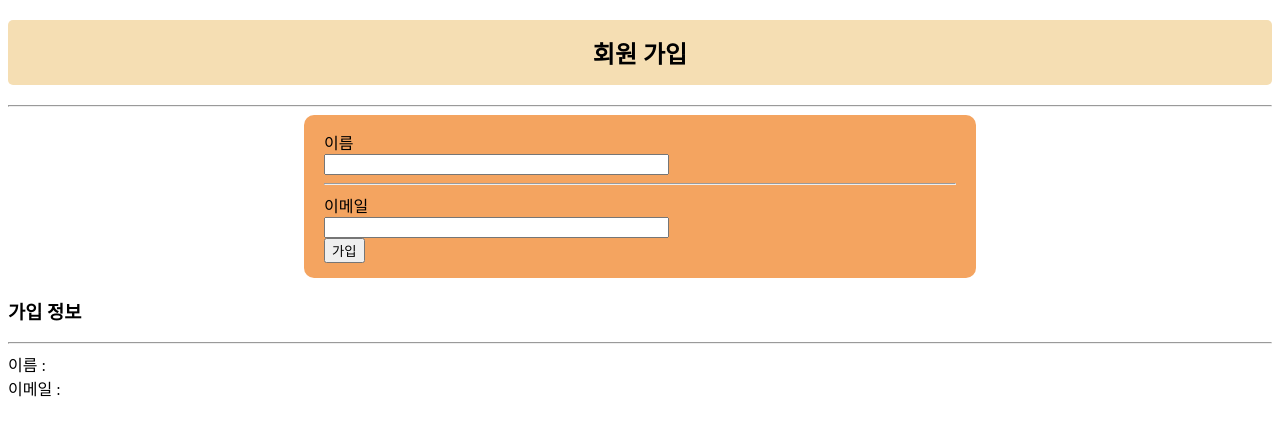
Repository: gold9387/jwbook
Page: jwbook/src/main/webapp/ch03/regform.html
The author's editor kept a copy of each file at every save. The page is drawn from the files as they stood at one save, then again after the next save.
The browser window is 1280 px wide. The pictures show the whole page.

Above is the page before, as saved 2023-06-05 11:41:31.
Console error: TypeError: Cannot read properties of null (reading 'style')

### jwbook/src/main/webapp/ch03/regform.html
<!DOCTYPE html>
<html>
<head>
<meta charset="UTF-8">
<title>회원 가입 폼 만들기 예제</title>
<style> /* CSS 정의 */
h2 {
	border-radius: 5px;
	background-color: wheat;
	text-align: center;
	padding: 15px 0;
}

#regform {
	padding: 15px 20px;
	border-radius: 10px;
	margin: auto;
	width: 50%;
	background-color: SandyBrown;
}
</style>
<script>
	/* 자바스크립트 정의 */
	function signUp() {
		alert("정말로 가입하시겠습까?");
		document.querySelector("#regform").style.display = "none";
		document.querySelector("#rname").innerHTML = document.form1.name.value;
		document.querySelector("#remail").innerHTML = document.form1.email.value;
		document.querySelector("#result").setAttribute("style",
				"display:block; background-color:Khaki;");
	}

	document.querySelector("#result").style.display = "none";
</script>
</head>
<body>
	<!-- HTML 정의 -->
	<h2>회원 가입</h2>
	<hr />
	<div id="regform">
		<form name="form1">
			<label>이름</label><br /> <input type="text" name="name" size="40" /><br />
			<hr />
			<label>이메일</label><br /> <input type="text" name="email" size="40" /><br />
			<button type="button" onClick="signUp()">가입</button>
		</form>
	</div>
	<div id="result" class="result">
		<h3>가입 정보</h3>
		<hr />
		이름 : <span id="rname"></span><br />
		이메일 : <span id="remail"></span><br />
	</div>
</body>
</html>

After the next save:
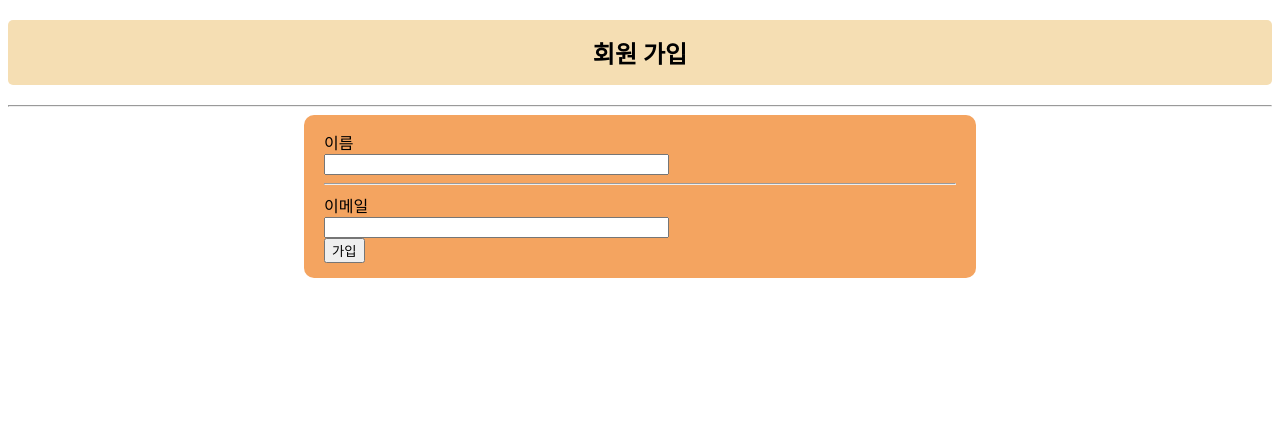
The error is gone.
Saved 29 s later.
--- a/jwbook/src/main/webapp/ch03/regform.html
+++ b/jwbook/src/main/webapp/ch03/regform.html
@@ -29,8 +29,6 @@ h2 {
 		document.querySelector("#result").setAttribute("style",
 				"display:block; background-color:Khaki;");
 	}
-
-	document.querySelector("#result").style.display = "none";
 </script>
 </head>
 <body>
@@ -51,5 +49,8 @@ h2 {
 		이름 : <span id="rname"></span><br />
 		이메일 : <span id="remail"></span><br />
 	</div>
+	<script>
+		document.querySelector("#result").style.display = "none";
+	</script>
 </body>
 </html>
